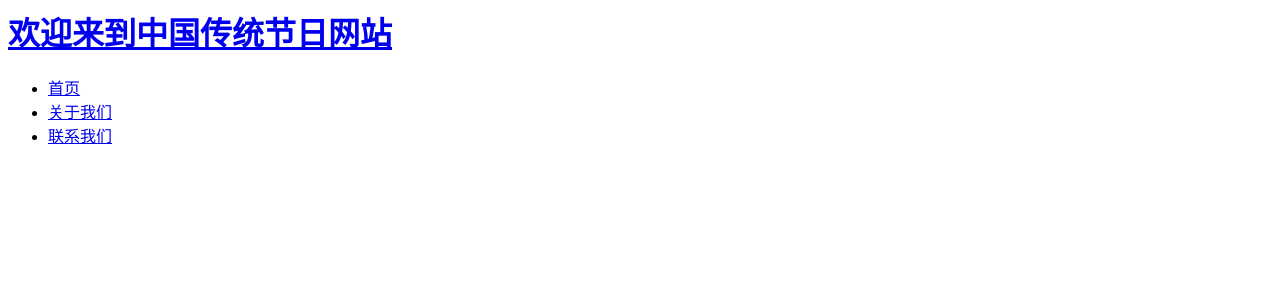
Repository: XueJie1/computer-operation-basics
Page: pages/header.html
An editor plug-in stored every save of this project. The page is shown before and after the next save, followed by the edit.
The browser window is 1280 px wide. The pictures show the whole page.

Above is the page before, as saved 2023-08-30 14:16:10.

After the next save:
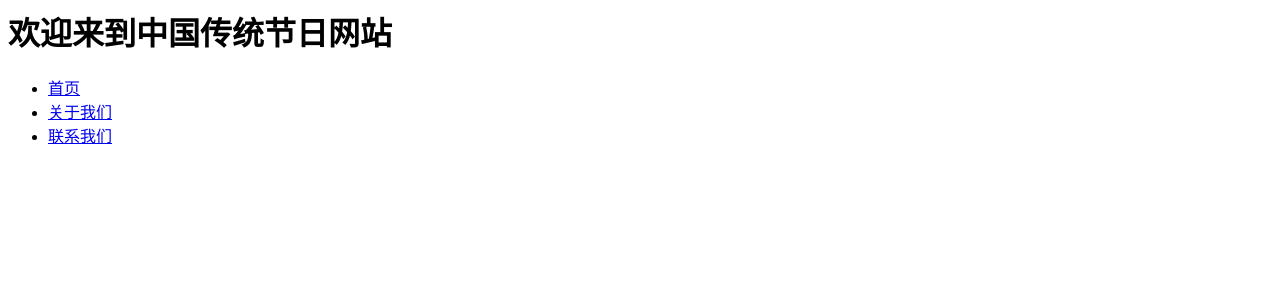
Saved 3 min 57 s later.
--- a/pages/header.html
+++ b/pages/header.html
@@ -1,5 +1,5 @@
 <header>
-    <h1><a href="../index.html">欢迎来到中国传统节日网站</a></h1>
+    <h1>欢迎来到中国传统节日网站</h1>
     <!-- 这里放置你的网站导航菜单、标志等内容 -->
     <nav>
         <ul>
